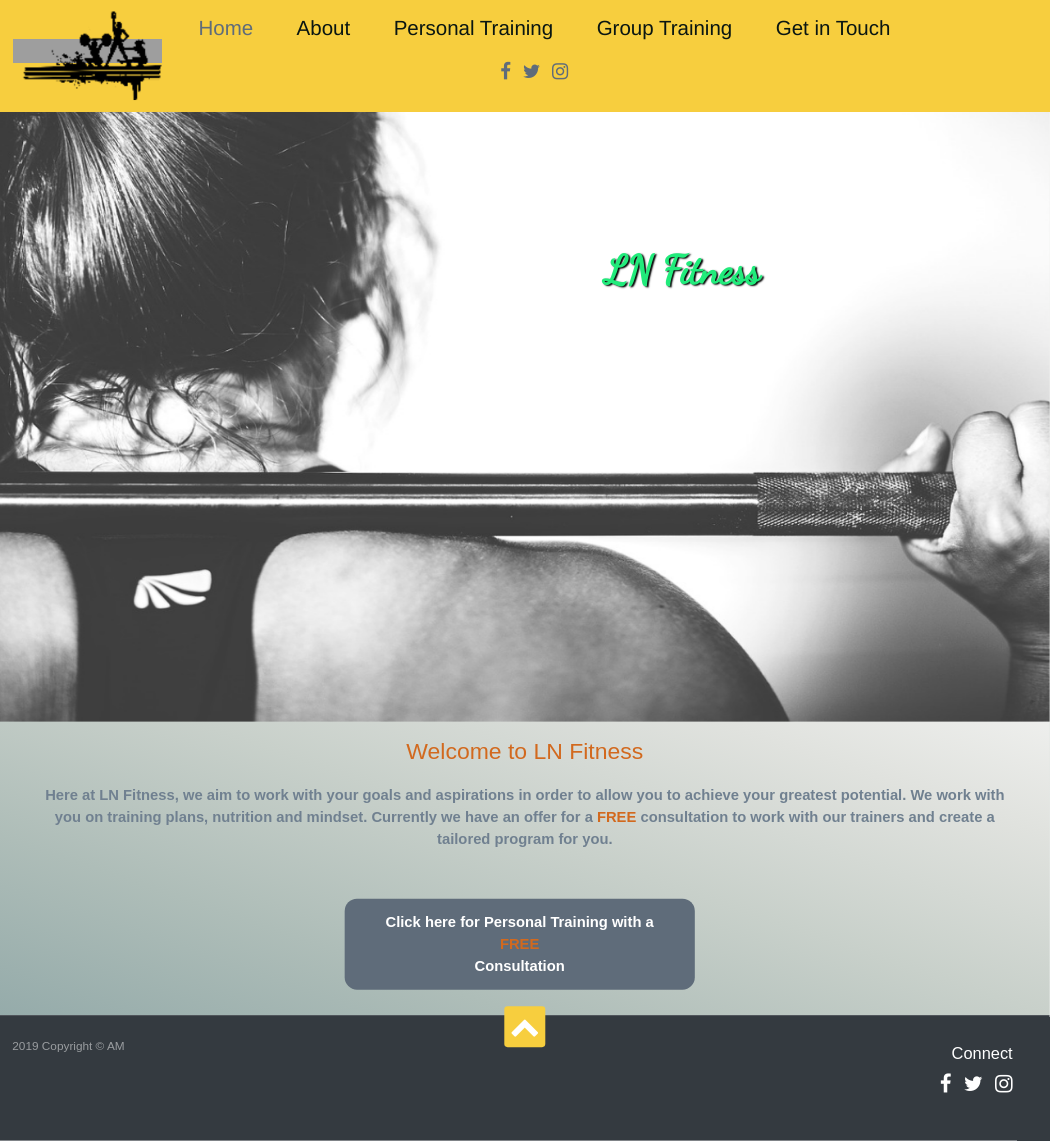
Repository: murphya14/Fitness-webpage
Page: index.html
The author's editor kept a record of every edit. The page is drawn from the files as they stood at one moment, then again after the next edit.
The browser window is 1280 px wide. The pictures show the whole page, at 82% of full size.
Pictures or frames that could not be fetched are drawn as grey boxes. Some web libraries are served in a nearby version.

Above is the page before.

### index.html
<!DOCTYPE html>
<html lang="en">

<head>
  <meta charset="UTF-8">
  <meta name="viewport" content="width=device-width, initial-scale=1.0">
  <meta http-equiv="X-UA-Compatible" content="ie=edge">
  <link rel="stylesheet" href="https://stackpath.bootstrapcdn.com/bootstrap/4.3.1/css/bootstrap.min.css" type="text/css" />
  <link rel="stylesheet" href="assets/css/style.css" />
  <link rel="shortcut icon" type="image/x-icon" href="assets/favicon.ico">
  <link rel="stylesheet" href="https://cdnjs.cloudflare.com/ajax/libs/font-awesome/4.7.0/css/font-awesome.min.css">
  <link rel="stylesheet" type="text/css" href="//fonts.googleapis.com/css?family=Dancing+Script" />
  <script src="https://code.jquery.com/jquery-3.2.1.slim.min.js" integrity="sha384-KJ3o2DKtIkvYIK3UENzmM7KCkRr/rE9/Qpg6aAZGJwFDMVNA/GpGFF93hXpG5KkN" crossorigin="anonymous"></script>
  <title>Home</title>
</head>

<body>



  <header>
    <!-- Logo and Nav bar-->
    <!-- Used help from Stack overflow: https://stackoverflow.com/questions/23949804/how-to-change-link-color-bootstrap-->



    <nav class=" container-fliud navbar navbar-expand-lg navbar-custom  fixed-top navbar-light topnav">
      <div><a class="logo " href="index.html">
          <img src="assets/images/logo.png" alt="logo">
        </a></div>


      <div>
        <div>
          <ul class="nav justify-content-center container-fluid">

            <li class="nav-item">
              <a class="nav-link" id="active" href="index.html">Home</a>
            </li>
            <li class="nav-item ">
              <a class="nav-link" href="about.html">About</a>
            </li>
            <li class="nav-item  ">
              <a class="nav-link" href="personal-training.html">Personal Training</a>
              <li class="nav-item ">
                <a class="nav-link" href="group-training.html">Group Training</a>
              </li>

              <li class="nav-item ">
                <a class="nav-link" href="get-in-touch.html">Get in Touch</a>
              </li>
          </ul>

        </div>
        <!-- Select menu for Nav bar for smaller devices-->

        <select id="select">
    <option value="index.html" selected="selected" >Home</option>
    <option value="about.html">About</option>
    <option value="personal-training.html" >Personal Training</option>
    <option value="group-training">Group Training</option>
    <option value="get_in_touch">Get in Touch</option>
  </select>

        <!-- Social links-->
<!-----https://www.w3schools.com/howto/howto_css_social_media_buttons.asp-->
        <div class="row no-gutters">
          <div class="col">

            <div class="nav-link">

              <ul class="list-inline social-links">
                <li class="list-inline-item">
                  <a target="_blank" href="#">
                            <i class="fa fa-facebook" aria-hidden="true"></i>
                            <span class="sr-only">Facebook</span>
                        </a>
                </li>
                <li class="list-inline-item">
                  <a target="_blank" href="#">
                            <i class="fa fa-twitter" aria-hidden="true"></i>
                            <span class="sr-only">Twitter</span>
                        </a>
                </li>


                <li class="list-inline-item">
                  <a target="_blank" href="#">
                            <i class="fa fa-instagram" aria-hidden="true"></i>
                            <span class="sr-only">Instagram</span>
                        </a>
                </li>

              </ul>
            </div>
          </div>
        </div>

    </nav>


  </header>

  <!-- Container for main image -->


  <section class="section">
    <div class="cotainer-fluid">


      <div class="row main-image">

        <div class="col-md-12 col-sm-3 image-about">
          <img src="assets/images/home-pic.jpg" alt="Woman holding barbell">

<!---https://www.w3schools.com/howto/howto_css_image_text.asp-->

          <h2 class="image-text">LN Fitness</h2>
        </div>
      </div>
    </div>

    <!-- Container for link to tailored programs -->

    <div class="container-fluid section">
      <div class="row">
        <div class="col-md-12 ">
          <h3 class="section-heading">Welcome to LN Fitness</h3>
          <p class="section-p">Here at LN Fitness, we aim to work with your goals and aspirations in order to allow you to achieve your greatest potential. We work with you on training plans, nutrition and mindset. Currently we have an offer for a <span class="highlight">FREE</span>            consultation to work with our trainers and create a tailored program for you.</p>
        </div>

      </div>

      <div class="row">
        <div class="col-md-4 free-link"><a class="section-link" id="click-here-active" href="personal-training.html">Click here for Personal Training with a <p class="highlight">FREE</p> Consultation</a>

        </div>

      </div>

    </div>
  </section>





  <!-- footer-->

  <footer id="footer" class="container-fluid py-4 bg-dark text-white-50">
    <div class="row">

      <div class="col-sm-4 text-footer">
        <small>2019 Copyright &copy; AM</small></div>

      <div class="col-sm-4 "><a href="#top" id="button"></a></div>



      <div class="col-sm-4">

        <!-- footer social media links-->
        <div class="footer-link">
          <h5 class="uppercase general-sub">Connect</h5>
          <ul class="list-inline social-links">
            <li class="list-inline-item">
              <a target="_blank" href="#">
                            <i class="fa fa-facebook" aria-hidden="true"></i>
                            <span class="sr-only">Facebook</span>
                        </a>
            </li>
            <li class="list-inline-item">
              <a target="_blank" href="#">
                            <i class="fa fa-twitter" aria-hidden="true"></i>
                            <span class="sr-only">Twitter</span>
                        </a>
            </li>


            <li class="list-inline-item">
              <a target="_blank" href="#">
                            <i class="fa fa-instagram" aria-hidden="true"></i>
                            <span class="sr-only">Instagram</span>
                        </a>
            </li>

          </ul>
        </div>

      </div>
    </div>

  </footer>



</body>

</html>

### assets/css/style.css
/*----------------------------------------------- Colours*/

.nav-link {
    color: #00ccff;
}

#active {
    color: #5F6C7A;
}

.navbar {
    background:#f7ce3e;
}


li a:hover {
    color: #f7ce3e;
}

/*--------------------------------------------- General*/

body {font-size: 18px;
    font-family: "arial", sans-serif;
    margin: 0; padding: 0; overflow-x:hidden;
}

.center {
  display: block;
  margin-left: auto;
  margin-right: auto;
  width: 50%;
}

.inline-block {
    display: inline-block;
}

col-lg-12 {
           text-align:center;
}

 col-lg-4{
 display:inline-block;
 float: none;
}


/*--------------------------------------------- Nav bar*/

nav ul {

    display: block;
    font-size: 23px;
    font-weight: 700;
}

.nav-link {font-family: Helvetica, Arial, sans-serif;}

.nav-item {
    margin-left: 40px;
    position:relative;
         }

.logo {
    position: static;
    background: url("../images/rosie.jpg");
    background-position: center;
    background-repeat: no-repeat;
    margin-right:0px;
    padding-top: 10px;
    padding-left: 10px;
    min-height: 100px;
    transition: all .5s ease-in-out;
    moz-transition: all .5s ease-in-out;
    webkit-transition: all .5s ease-in-out;
    height: 10%;
    width: 25%;
}

.header {
    position: fixed;
    top: 0;
    left: 0;
    right: 0;
    background-color: #e84610;
    padding: 15px 15px;

}

nav select {
    display: none;
    background-color: #77C9D4;
    color: white;
    border: 1px solid #778899;
   position: relative;
   cursor: pointer;
   top: 100%;
  left: 0;
  right: 0;
  z-index: 99;
  width: 30px;
}

#select {color: #f7ce3e;
    background-color: #5F6C7A;
}

.nav-link
{ color: #0A1612;
  text-align: center;
  padding: 8px;
  margin-right: 0;
  display: block;
  font-size:25px;
  font-weight: 500;
  padding-left: 5px;
  transition: all 0.35s ease-in-out;
  moz-transition: all 0.35s ease-in-out;
  webkit-transition: all 0.35s ease-in-out;
 -o-transition: all 0.35s ease-in-out;
    max-width:100%;
}
/*-------------------------Social links*/
nav a {color:#5F6C7A;}

nav a:hover {
    color: white;
}

/*-------------------------------------------Section*/

/*-------------------------Section Image*/

.main-image {max-width:100%;
    height:100%;
    padding-left:0;
    padding-right:0;
    position: relative;
    transform: translate(-5%, +10%);
    margin: 0;
}

.image-text {
   position: absolute;
   top: 250px;
   left: 70%;
   width: 100%;
   color:#21EB7B;
   font-family: "Dancing Script";
   font-size: 48px;
   font-variant: normal;
   font-weight: 700;
   line-height: 26.4px;
   text-shadow: 2px 2px 2px #000;
    transform: translate(-50%, -50%);
 }


/*------------------Index.html*/

/*------------------https://mycolor.space/gradient?ori=to+right+top&hex=%2395ABAA&hex2=%23F6F6F5&sub=1*/
 .section {background-image: linear-gradient(to right top, #95abaa, #aebdb8, #c8d0ca, #e0e2de, #f6f6f5);
  text-align: center;
  max-width:100%;
  overflow:hidden;
  }

.section-heading {color: #D2691E;
            text-align: center;
            margin-top:100px;
}

.section-p {padding:12px;
margin:10px;
    padding-bottom: 50px;
;
color: #708090;
text-align: center;
 max-width:100%;
 font-weight: 600;
}

.section-p-about {padding:15px;
    text-align: center;
     width:100%;
     margin:10px;
     margin-bottom: 40px;}

.free-link {text-align: center;
    font-weight: 700;
    background-color: #5F6C7A;
    color:white;
    padding:15px;
    margin:15px;
    border-radius:15px;
    display:block;
    bottom: 5px;
    transition: background-color .3s;
    z-index: 1000;
    position: relative;
    left: 55%;
    transform: translate(-50%,-50%);
    }

.section-link {color:white;
 width:120px;
}

.section a:hover {color:#f7ce3e;
text-decoration:none;
}

/*------------------About.html*/


/* With help from https://www.w3schools.com/css/tryit.asp?filename=trycss_transparency*/

div.transbox {
  margin: 50px;
  border-radius: 4px;
  background-color: black;
  opacity: 0.6;
  filter: alpha(opacity=60);
  padding: 10px;
  width:100%;
  height:100%;
  position:relative;
  transform: translateY(-10%);
  border: 20px;
}


.content{margin: auto;
display: flex;
justify-content: center;
align-items: center;
resize: both;
padding-top: 0px !important;
}

div.transbox p, ol {
  margin: 10px;
  font-weight: bold;
  color: #F5F4F4;
}

.box-heading {font-weight:700;
color:#87D63E;}

/*------------------personal-training.html*/

.col-md-10 {transform: translate(+5%,0);}

.transbox-testimony {height:100%;
padding-top: 5%;
}

.highlight {color:#D2691E;
    padding:0;
    margin:0;
}

/*------------------group-trainig.html*/

iframe {margin-bottom: 40px;}

/*------------------get-in-touch.html*/
  .row {
  display: flex;
}

.column {
  flex: 50%;
}

.main-image-contact {transform: translate(-5%,0%);
width:100%;
margin:0;

}

.contact-box {
 padding-top:40px;
  height:100%;
 position:relative;
 transform: translateX(-10%);
}

.box-heading {padding-top:20px;}

.btn {
  color: black;
  font-weight:700;
  padding: 15px 20px;
  border: none;
  cursor: pointer;
  background-color:#f7ce3e;
  width:50%;
}

.btn:hover {
  opacity: 1;
  background-color:#D2691E ;
  color: white;
}

.center-form {
    opacity:1;
   }

.custom-checkbox
{margin: 15px;
color:#D2691E;}


/*--------------------------------------------- footer*/

#button {
  text-align: center;
  display: inline-block;
  background-color: #f7ce3e;
  width: 50px;
  border-radius: 4px;
  bottom: 10px;
  right: 30px;
  transition: background-color .3s;
  z-index: 1000;
  position: relative;
  left: 50%;
  transform: translate(-50%,-50%);
}

#button:hover {
  cursor: pointer;
  background-color: #333;
}
#button:active {
  background-color: #555;
}

#button::after {
  content: "\f077";
  font-family: FontAwesome;
  font-weight: normal;
  font-style: normal;
  font-size: 2em;
  line-height: 50px;
  color: #fff;
}

.footer-link
{ color: white;
  text-align: right;
  float: none;
  padding-bottom: 10px;
  padding-right: 30px;
  padding-top:10px;
  font-size:25px;
  font-weight: 500;
  padding-left: 5px;
  transition: all 0.35s ease-in-out;
  -moz-transition: all 0.35s ease-in-out;
  -webkit-transition: all 0.35s ease-in-out;
  -o-transition: all 0.35s ease-in-out;
}

footer a {color:white;}

 footer  a:hover {
    color: #f7ce3e;
}

.text-footer {float: left;
padding-bottom: 5px;
text-align: left;
}

#footer {
    min-height: 120px;
    margin: 0;
    padding: 15px;
    max-width:100%;}

/*------------- Responsive design*/

/* Extra small devices (phones, 600px and down) */


@media only screen and (max-width:600px) {

/*------------------------------------- Changing the menu to a select bar for smaller screens*/

nav select {
   display: inline-block;
   width: 55%;
   height: 25%;
   border-radius: 4px;
   }

.nav-item {
   display: none;
    }

.logo {
    height: 80%;
    }

.column {
    width: 100%;
  }

.navbar {position: relative;}

.text-footer {margin-top: 30px;}

.mobile-link {
    position:relative;
}

.timetable-link {
    transform: translate(-50%, 0);
    margin-top: 40px;}


.logo {
    height: 80%;
    }

.column {
    width: 100%;
    height:100%;
  }

.navbar {
    position: relative;}

.main-image img {
    display:none;}

.image-text {
  margin: 0;
  position: absolute;
  top: 50%;
  left: 50%;
  transform: translate(-50%, 60%);}

footer #button
    {position:relative;
   top:-150%;
}

iframe {display:none;}

section img {display:none;}

.box
    { transform: translate(-15%, 0);
    padding:10px;
}

.free-link
    { transform: translate(-70%, 0);
    margin:40px;
}

.timetable-link
    { transform: translate(-65%, 0);
      margin:30px;
}


.contact-box{
    margin: 10px;
    padding-top: 10px;
    transform: translate(-15%, -20%);
}

.transbox-testimony {display:none;}


}


/* Medium devices (landscape tablets, 768px and up) */

@media only screen and (min-width: 768px){

.section-p-about {  transform: translate(25%, 0);}

.timetable-link
    {margin:300px;
    margin-top:50px;
    width: 50%;
}

iframe
    {margin-left: 50px;}

.box
    { margin:30px;
    padding:10px;
}


 iframe, .box
     {transform: translate(-5%, 0);}


 .free-link
     {transform: translate(-70%, -10%);}


 .mobile-only
     {display:none;}

}


@media only screen and (max-width: 768px){

.navbar
    {position:relative;}

.main-image
    {transform: translate(-6%, -4%);
}

 .contact-box {
 padding-top:200px;}

.timetable-link
    {transform: translate(-200%, -10%);}

.main-image-contact
    {display:none;}

.transbox
    {margin-top:10px;
    width:100%;
}

.section-p-about
    {padding:10px;
    margin-bottom: 100px;
}

}

/* Large devices (laptops/desktops, 992px and up) */

@media only screen and (max-width: 992px) {

.mobile-only
    {display:none;}
}

/* Medium/large devices  (Ipad Pro, 1024px and up) */

@media only screen and (max-width: 1024px) {

.main-image-contact
    {display:none;}

.contact-box{
    margin:180px;
    transform: translate(-15%, 0%);
    padding:40px;
}

}

/* Extra large devices (large laptops and desktops, 1200px and up) */

@media only screen and (min-width: 1200px) {

 .mobile-only
     {display:none;}

 .timetable-link
     {transform: translate(-130%, -10%);}


.transbox
    {transform: translate(10%, 0);}

.contact-box {
     padding-top:30px;
      height:100%;
     position:relative;
     transform: translateX(-10%);
     column-span: all;
    margin-bottom: 0;
    margin-top:0;
    float:right;
}

}

After the next edit:
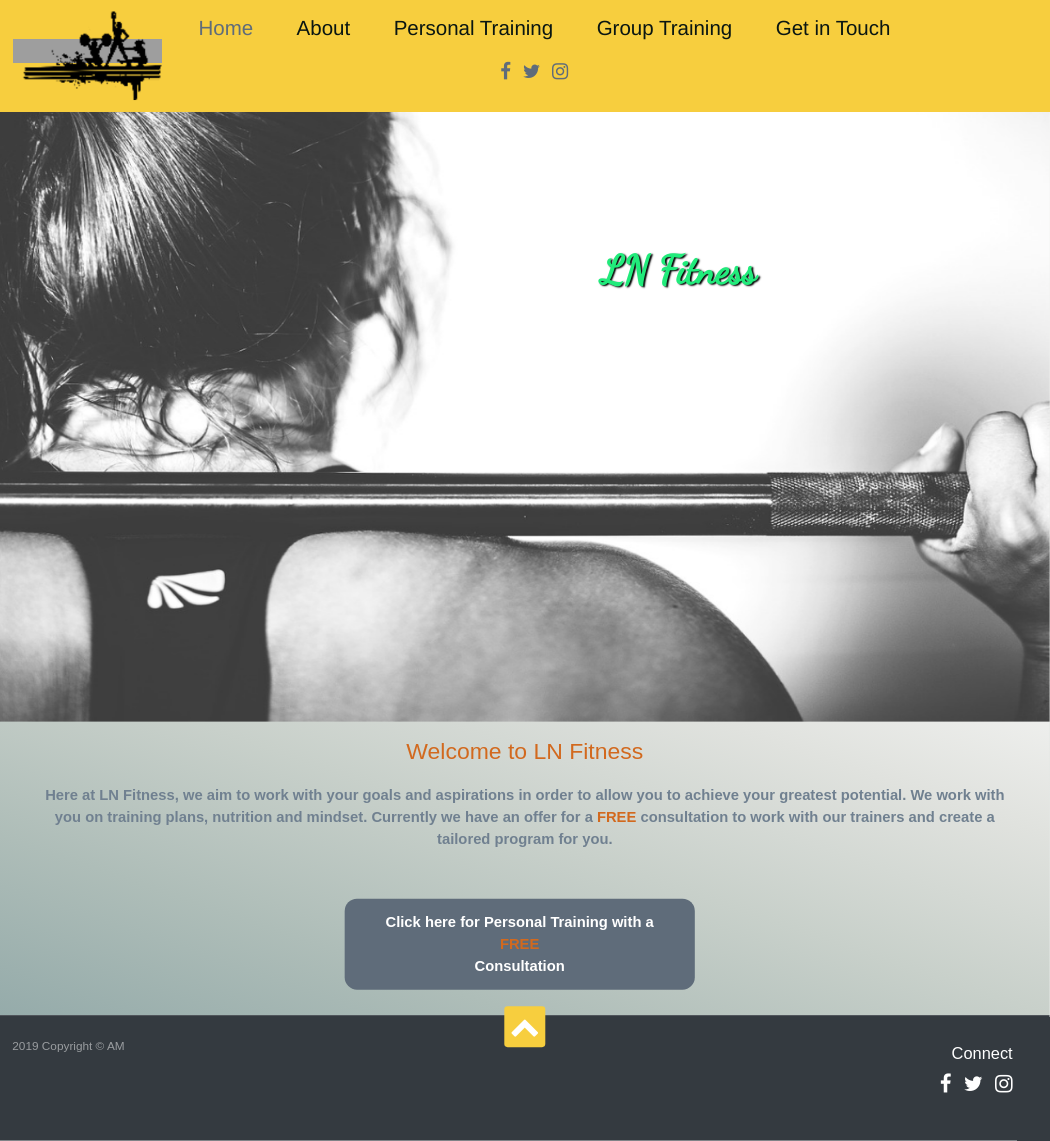
The edit:
--- a/index.html
+++ b/index.html
@@ -105,7 +105,7 @@
 
 
   <section class="section">
-    <div class="cotainer-fluid">
+    <div class="container-fluid">
 
 
       <div class="row main-image">
